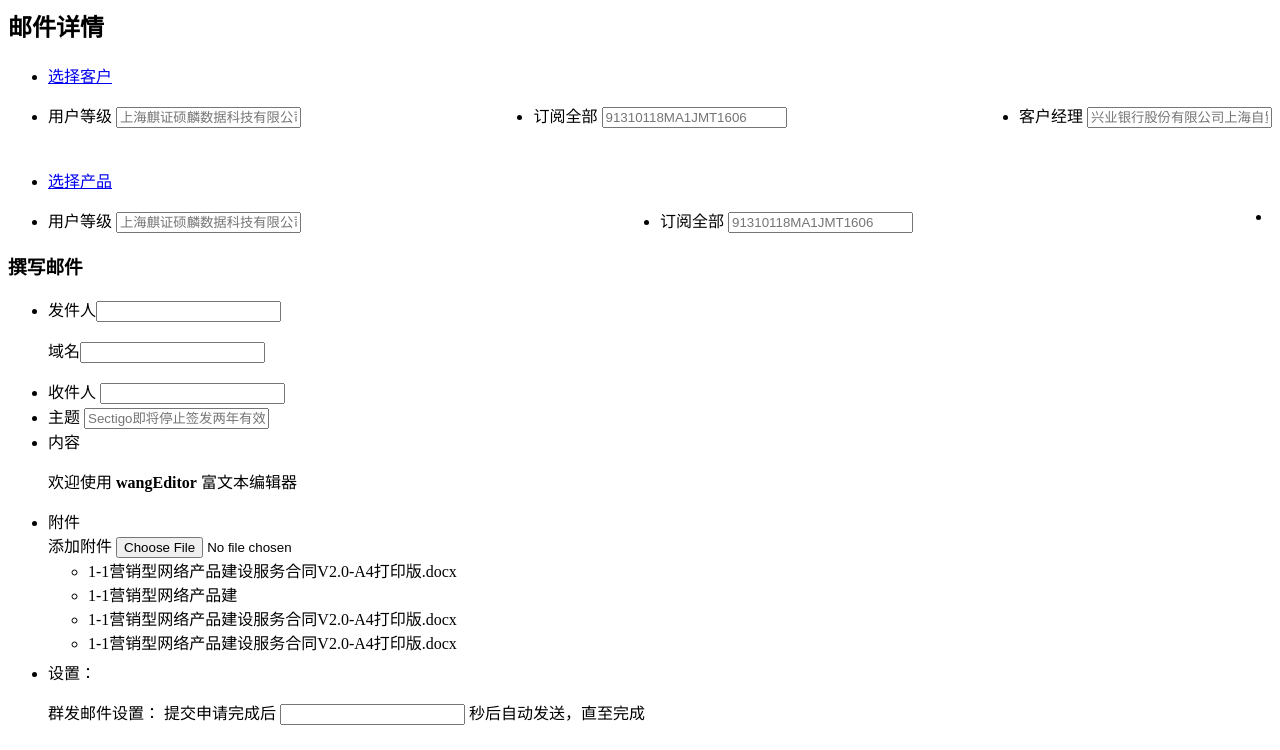
Repository: wangyan466393/racentSystem
Page: createEmail.html
The author's editor kept a copy of each file at every save. The page is drawn from the files as they stood at one save, then again after the next save.
The browser window is 1280 px wide. The pictures show the whole page.

Above is the page before, as saved 2020-08-11 14:00:47.
Console error: ReferenceError: $ is not defined

### createEmail.html
<div id="content_box" class="createEmail_box">
    <h2>邮件详情</h2>
    <ul id="tab">
        <li style="background-color: #fff;"><a href="#">选择客户</a></li>
    </ul>
    <div id="content" style="margin-bottom: 40px;">
        <div id="order_all" >
            <div class="email_content">
                <ul style="display: flex;justify-content: space-between;">
                    <li>
                            <label for="">用户等级</label>
                            <input type="text" placeholder="上海麒证硕麟数据科技有限公司">
                    </li>
                    <li>
                        <label for="">订阅全部</label>
                            <input type="text" placeholder="91310118MA1JMT1606">
                    </li>
                    <li>
                       <label for="">客户经理</label>
                            <input type="text" placeholder="兴业银行股份有限公司上海自贸试验区支行">
                    </li>
                </ul>
                <!-- <table id="">
                    <tr>
                        <td>
                            <label for="">用户等级</label>
                            <input type="text" placeholder="上海麒证硕麟数据科技有限公司">
                        </td>
                        <td>
                            <label for="">订阅全部</label>
                            <input type="text" placeholder="91310118MA1JMT1606">
                        </td>
                        <td>
                            <label for="">客户经理</label>
                            <input type="text" placeholder="兴业银行股份有限公司上海自贸试验区支行">
                        </td>
                    </tr>
                </table> -->
            </div>
        </div>
    </div>
    <ul id="tab">
        <li style="background-color: #fff;"><a href="#">选择产品</a></li>
    </ul>
    <div id="content">
        <div id="order_all" >
            <div class="email_content">
                <ul style="display: flex;justify-content: space-between;">
                    <li>
                            <label for="">用户等级</label>
                            <input type="text" placeholder="上海麒证硕麟数据科技有限公司">
                    </li>
                    <li>
                        <label for="">订阅全部</label>
                            <input type="text" placeholder="91310118MA1JMT1606">
                    </li>
                    <li>

                    </li>
                </ul>
            </div>
        </div>
    </div>
</div>

<div class="edit_box">
    <h3>撰写邮件</h3>

    <div class="edit_content">
        <ul>
            <li>

                <p>
                    <span>发件人</span><input type="text" class="sender">
                </p>
                <p>
                    <span>域名</span><input type="text" class="domain_name">
                </p>

            </li>
            <li>
                <span>收件人</span>
                <input type="text" class="attn">
            </li>
            <li>
                <span>主题</span>
                <input type="text" class="theme" placeholder="Sectigo即将停止签发两年有效期证书，倒计时仅27天！">
            </li>
            <li>
                <span>内容</span>
                <div id="editor" style="width: 100%;">
                    <p>欢迎使用 <b>wangEditor</b> 富文本编辑器</p>
                </div>
            </li>
            <li>
                <span>附件</span>
                <div style="width: 100%;">
                    <div class="upload-box">
                        <label for="file" class="upload-label">
                            添加附件
                            <input class="file-upload" type="file" id="file">
                        </label>
                    </div>
                    <div>
                        <ul class="file_view">
                            <li>1-1营销型网络产品建设服务合同V2.0-A4打印版.docx</li>
                            <li>1-1营销型网络产品建</li>
                            <li>1-1营销型网络产品建设服务合同V2.0-A4打印版.docx</li>
                            <li>1-1营销型网络产品建设服务合同V2.0-A4打印版.docx</li>
                        </ul>
                    </div>
                </div>

            </li>
            <li style="line-height: 40px;">
                <span>设置：</span>
                <div style="width: 100%;">
                    群发邮件设置：
                    提交申请完成后
                    <input type="text">
                    秒后自动发送，直至完成
                </div>
            </li>
        </ul>
    </div>
</div>

<script src="js/wangEditor.min.js"></script>
<script type="text/javascript">


    $(".file-upload").change(function(){
       var file = $(this)[0].files[0];
        var reg= /\.(doc|docx|xlsx)$/;
        if((file.size / 1024 / 1024) > 10) {
            alert("your file size if out of 10M limit");
            return;
        } else if(!reg.test(file.name)) {
            alert("请上传文本文件");
            return;
        }

        $(".file_view").append("<li>"+file.name+"</li>")
    })



        var E = window.wangEditor
        var editor = new E('#editor')
        // 或者 var editor = new E( document.getElementById('editor') )
        editor.customConfig.menus =[
            'head',  // 标题
            'bold',  // 粗体
            'fontSize',  // 字号
            'fontName',  // 字体
            'italic',  // 斜体
            'underline',  // 下划线
            'strikeThrough',  // 删除线
            'foreColor',  // 文字颜色
            'backColor',  // 背景颜色
            'link',  // 插入链接
            'list',  // 列表
            'justify',  // 对齐方式
            'quote',  // 引用
            'emoticon',  // 表情
            'image',  // 插入图片
            'table',  // 表格
            'video',  // 插入视频
            'code',  // 插入代码
            'undo',  // 撤销
            'redo'  // 重复
        ]
        editor.create()

</script>

Loaded but not shown: js/wangEditor.min.js (library)

After the next save:
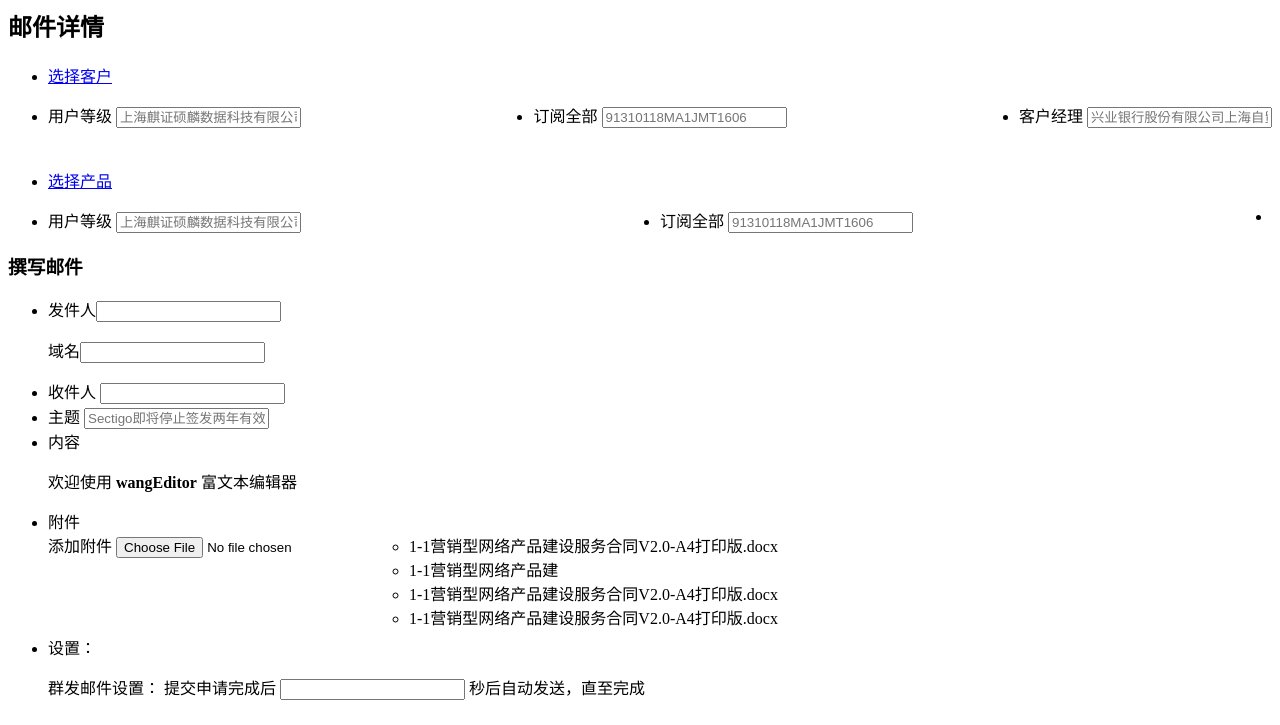
Saved 16 s later.
--- a/createEmail.html
+++ b/createEmail.html
@@ -94,7 +94,7 @@
             </li>
             <li>
                 <span>附件</span>
-                <div style="width: 100%;">
+                <div style="width: 100%;display: flex;">
                     <div class="upload-box">
                         <label for="file" class="upload-label">
                             添加附件
